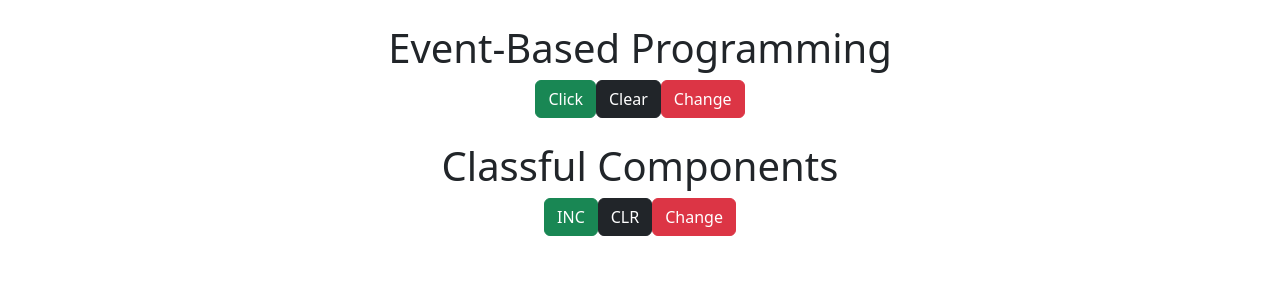
Repository: sedat-akdogan/React_Revision
Page: / (app in sunday/)
An editor plug-in stored every save of this project. The page is shown before and after a run of saves, followed by the edit.
The browser window is 1280 px wide. The pictures show the whole page.
The project was rebuilt for these pictures with package versions that can differ from the ones it lists, and the page was loaded fresh each time.

Above is the page before, as saved 2023-04-01 01:54:03.

### sunday/src/index.js
import React from 'react';
import ReactDOM from 'react-dom/client';
import App from './App';
import 'bootstrap/dist/css/bootstrap.min.css';

const root = ReactDOM.createRoot(document.getElementById('root'));
root.render(<App />);

### sunday/src/App.js
import React from 'react';
import Events from './components/1-events/Events';
import Counter from './components/2-classComponents/Counter';


function App() {
    return (
        <div>
            <Events />
            <Counter />
        </div>
    );
}

export default App;

### sunday/src/components/1-events/Events.jsx
const Events = () => {
    let message = "Event-Based Programming";
    const handleClick = () => {
        alert("Button Clicked");
    }

    const handleClear = (msg) => {
        alert(msg);
    }

    const handleChange = (event) => {
        console.log(event.target);
    }

    return (
        <div className='container text-center mt-4'>
            <h1>{message}</h1>
            <button
                onClick={handleClick} className='btn btn-success'>
                Click
            </button>

            <button
            onClick={() => handleClear("Clear Button Clicked")}
            className="btn btn-dark">
                Clear
            </button>

            <button onclick={handleChange} className="btn btn-danger">
                Change
            </button>
        </div>
    );
};

export default Events;

### sunday/src/components/2-classComponents/Counter.jsx

import { Component } from 'react';

class Counter extends Component {

    constructor(props) {
        super(props)

        this.state = {
            count: 0,
        };
    }


    render() {
        return (
            <div className='container text-center mt-4'>
                <h1>Classful Components</h1>
                <button className='btn btn-success'>INC</button>

                <button className="btn btn-dark">CLR</button>

                <button  className="btn btn-danger">Change</button>
            </div>
        );
    }
}

export default Counter;

Loaded but not shown: sunday/public/index.html (common file)

After the next 2 saves:
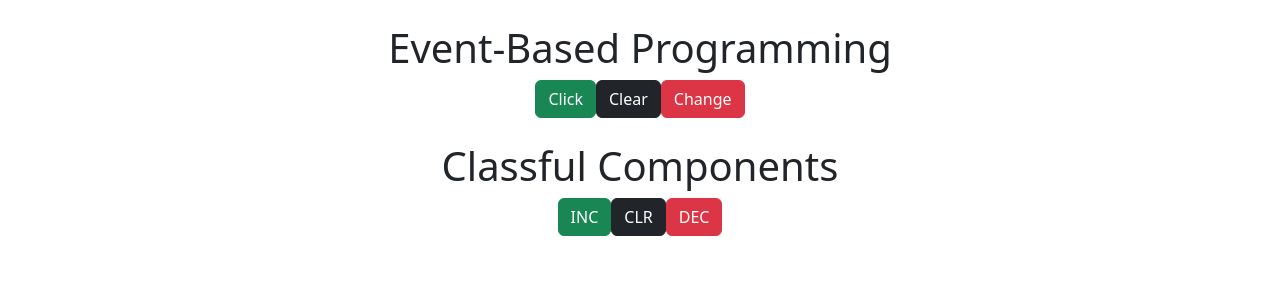
The 2 saves are shown as one change because they came seconds apart.
The last was saved 6 s later.
--- a/sunday/src/components/2-classComponents/Counter.jsx
+++ b/sunday/src/components/2-classComponents/Counter.jsx
@@ -20,7 +20,7 @@ class Counter extends Component {
 
                 <button className="btn btn-dark">CLR</button>
 
-                <button  className="btn btn-danger">Change</button>
+                <button  className="btn btn-danger">DEC</button>
             </div>
         );
     }
